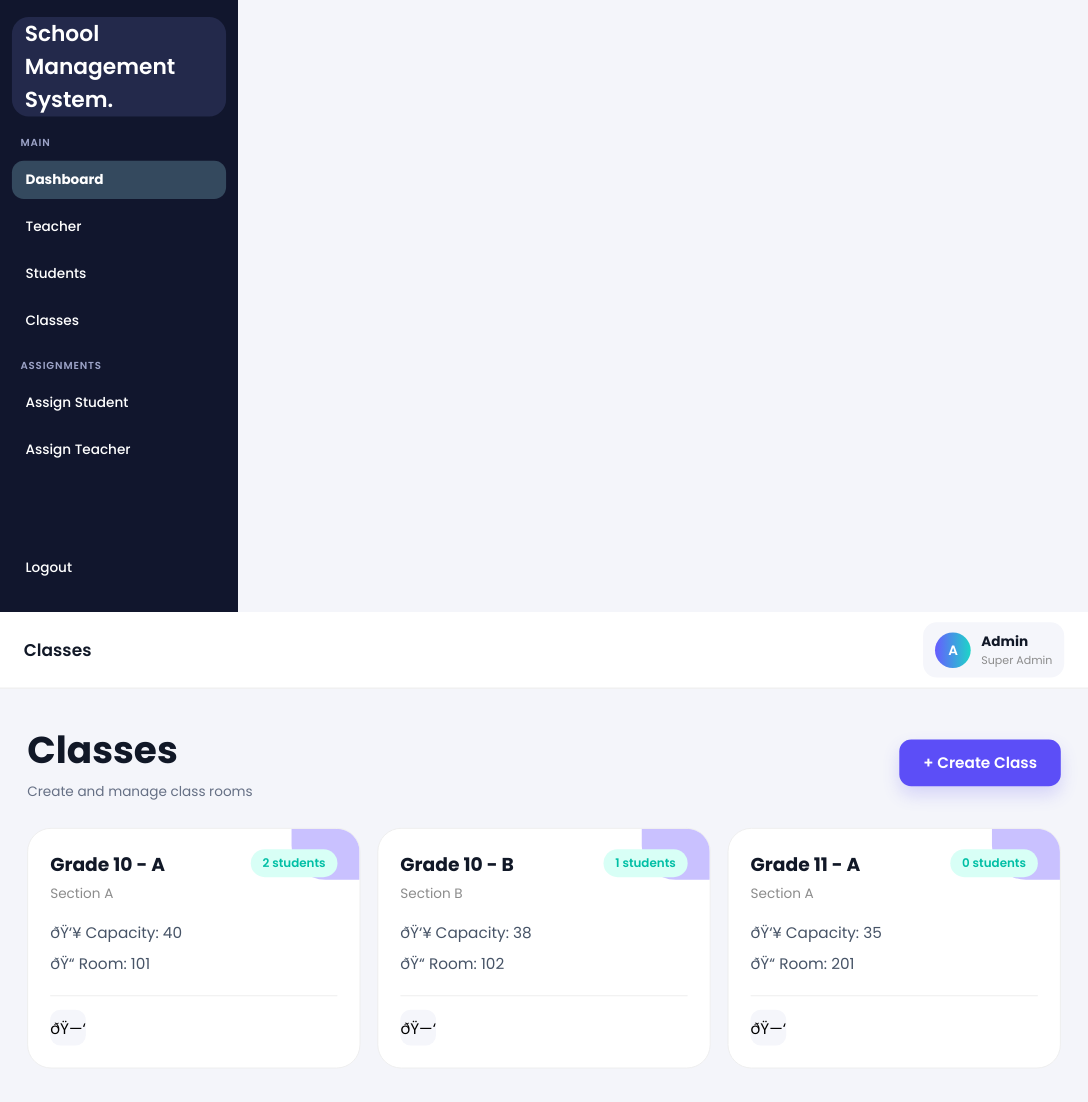
Repository: rohit-rk-07/school_management_system
Page: http://localhost/School_Management_System/admin/addclasses.jsp
An editor plug-in stored every save of this project. The page is shown before and after the next save, followed by the edit.
The browser window is 1280 px wide. The pictures show the whole page, at 85% of full size.
The page is served by Tomcat 10.

Above is the page before, as saved 2026-05-19 11:51:54.

After the next save:
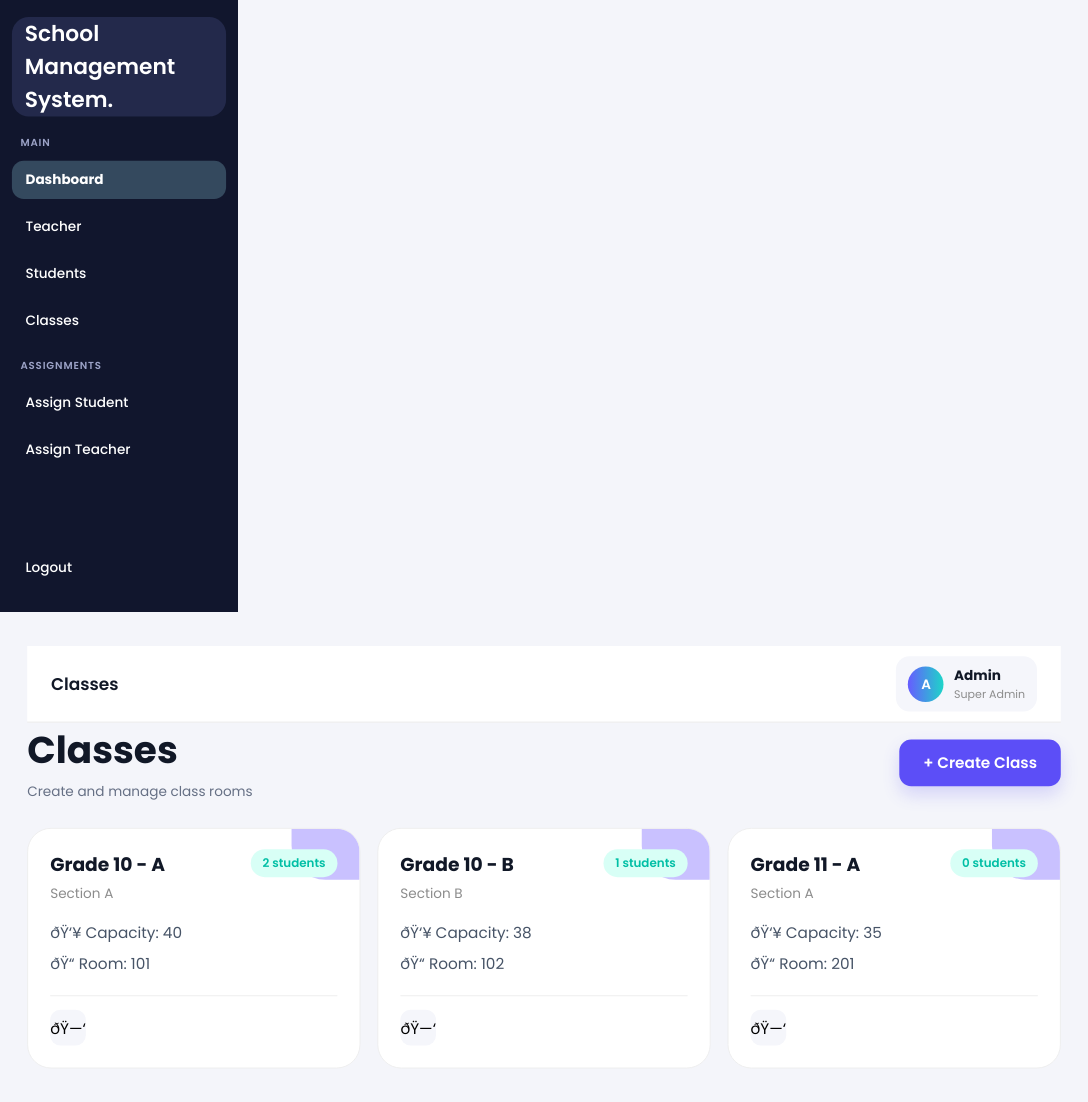
Saved 11 s later.
--- a/School_Management_System/src/main/webapp/admin/addclasses.jsp
+++ b/School_Management_System/src/main/webapp/admin/addclasses.jsp
@@ -372,6 +372,13 @@
 
 	<jsp:include page="sidebar.jsp" />
 
+
+    <!-- =========================
+         PAGE CONTENT
+    ========================== -->
+
+    <div class="classManagementPageContainer">
+
     <div class="classPageTopbar">
 
         <h2 class="classPageHeading">
@@ -394,12 +401,6 @@
         </div>
 
     </div>
-
-    <!-- =========================
-         PAGE CONTENT
-    ========================== -->
-
-    <div class="classManagementPageContainer">
 
         <!-- HEADER -->
 
